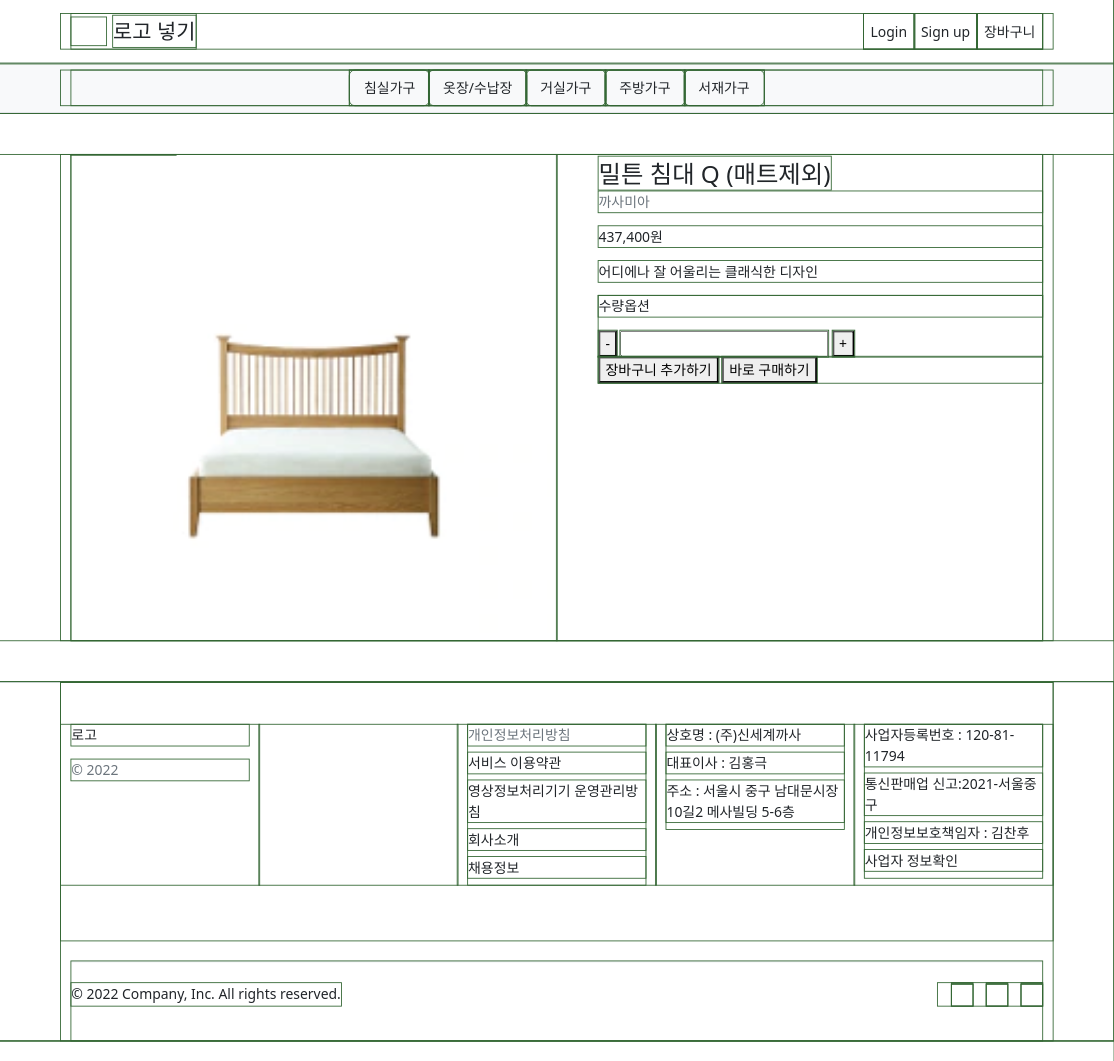
Repository: raoniee/Elice-House-Project
Page: FE/views/pages/main/item-detail-page.html
These files come from the project's save history. The page is drawn as it stood at one moment and after the next save; the edit follows.
The browser window is 1280 px wide. The pictures show the whole page, at 87% of full size.

Above is the page before, as saved 2023-07-06 15:03:22.

### FE/views/pages/main/item-detail-page.html
<!DOCTYPE html>
<html lang="ko">
  <head>
    <meta charset="UTF-8" />
    <meta http-equiv="X-UA-Compatible" content="IE=edge" />
    <meta name="viewport" content="width=device-width, initial-scale=1.0" />
    <title>Elice-House/item-detail</title>
    <link
      href="https://cdn.jsdelivr.net/npm/bootstrap@5.2.3/dist/css/bootstrap.min.css"
      rel="stylesheet"
      integrity="sha384-rbsA2VBKQhggwzxH7pPCaAqO46MgnOM80zW1RWuH61DGLwZJEdK2Kadq2F9CUG65"
      crossorigin="anonymous"
    />
    <!-- header.module.js -->
    <script
      src="../../components/header/header.js"
      type="module"
      defer
    ></script>
    <!-- footer.module.js -->
    <script
      src="../../components/footer/footer.js"
      type="module"
      defer
    ></script>
    <!-- item-detail-page.module.js -->
    <script src="./item-detail-page.js" type="module" defer></script>
    <style>
      * {
        outline: 1px solid #363;
      }
    </style>
  </head>
  <body>
    <header class="header">
      <!-- header template로 삽입 -->
    </header>

    <main>
      <div class="container my-5">
        <div
          class="menu_bar d-flex justify-content-between"
          style="width: 120px"
        >
          <!-- menu_bar template로 삽입 -->
        </div>

        <div class="item_detail_card d-flex justify-content-between">
          <img
            class="w-50"
            src="../../../public/assets/imgs/item-list-card.webp"
            alt="가구"
          />
          <div class="item_detail_content w-50 ps-5">
            <span class="item_detail_name fs-3">밀튼 침대 Q (매트제외)</span>
            <p class="item_detail_brand text-muted">까사미아</p>
            <p class="item_detail_price">437,400원</p>
            <p class="item_detail_desc">어디에나 잘 어울리는 클래식한 디자인</p>
            <div class="item_detail_quantity">
              <p>수량옵션</p>
              <button id="minus">-</button>
              <input type="number" />
              <button id="plus">+</button>
            </div>
            <div class="item_detail_option">
              <button class="basket">장바구니 추가하기</button>
              <button class="purchase">바로 구매하기</button>
            </div>
          </div>
        </div>
      </div>
    </main>

    <footer class="footer">
      <!-- footer template로 삽입 -->
    </footer>

    <script
      src="https://cdn.jsdelivr.net/npm/bootstrap@5.2.3/dist/js/bootstrap.bundle.min.js"
      integrity="sha384-kenU1KFdBIe4zVF0s0G1M5b4hcpxyD9F7jL+jjXkk+Q2h455rYXK/7HAuoJl+0I4"
      crossorigin="anonymous"
    ></script>
  </body>
</html>

### FE/views/components/header/header.js
export const drawHeader = () => {
  let headerTemplate = `
  <div class="py-3 border-bottom">
      <div class="container d-flex flex-wrap justify-content-center">
        <a
          href="/"
          class="d-flex align-items-center mb-3 mb-lg-0 me-lg-auto text-dark text-decoration-none"
        >
          <svg class="bi me-2" width="40" height="32">
            <use xlink:href="#bootstrap" />
          </svg>
          <span class="fs-4">로고 넣기</span>
        </a>
        <ul class="nav">
          <li class="nav-item">
            <a href="" class="nav-link link-dark px-2">Login</a>
          </li>
          <li class="nav-item">
            <a href="" class="nav-link link-dark px-2">Sign up</a>
          </li>
          <li class="nav-item">
            <a href="" class="nav-link link-dark px-2">장바구니</a>
          </li>
        </ul>
      </div>
    </div>
    <nav class="py-2 bg-light border-bottom">
      <div class="container">
        <ul class="nav justify-content-center nav-pills">
          <li class="nav-item">
            <div class="dropdown text-end">
              <a
                href="#"
                class="d-block link-dark text-decoration-none nav-link"
                data-bs-toggle="dropdown"
                aria-expanded="false"
                >침실가구
              </a>
              <ul class="dropdown-menu text-small">
                <li><a class="dropdown-item" href="#">침대</a></li>
                <li><a class="dropdown-item" href="#">매트리스/토퍼</a></li>
                <li><a class="dropdown-item" href="#">화장대/콘솔/거울</a></li>
                <li><a class="dropdown-item" href="#">서랍장/협탁</a></li>
              </ul>
            </div>
          </li>
          <li class="nav-item">
            <div class="dropdown text-end">
              <a
                href="#"
                class="d-block link-dark text-decoration-none nav-link"
                data-bs-toggle="dropdown"
                aria-expanded="false"
                >옷장/수납장
              </a>
              <ul class="dropdown-menu text-small">
                <li><a class="dropdown-item" href="#">옷장/붙박이장</a></li>
                <li><a class="dropdown-item" href="#">드레스룸/행거</a></li>
              </ul>
            </div>
          </li>
          <li class="nav-item">
            <div class="dropdown text-end">
              <a
                href="#"
                class="d-block link-dark text-decoration-none nav-link"
                data-bs-toggle="dropdown"
                aria-expanded="false"
                >거실가구
              </a>
              <ul class="dropdown-menu text-small">
                <li><a class="dropdown-item" href="#">소파</a></li>
                <li><a class="dropdown-item" href="#">거실테이블</a></li>
                <li><a class="dropdown-item" href="#">거실장</a></li>
              </ul>
            </div>
          </li>
          <li class="nav-item">
            <div class="dropdown text-end">
              <a
                href="#"
                class="d-block link-dark text-decoration-none nav-link"
                data-bs-toggle="dropdown"
                aria-expanded="false"
                >주방가구
              </a>
              <ul class="dropdown-menu text-small">
                <li><a class="dropdown-item" href="#">식탁/테이블</a></li>
                <li><a class="dropdown-item" href="#">홈바/아일랜드식탁</a></li>
                <li><a class="dropdown-item" href="#">식탁세트</a></li>
              </ul>
            </div>
          </li>
          <li class="nav-item">
            <div class="dropdown text-end">
              <a
                href="#"
                class="d-block link-dark text-decoration-none nav-link"
                data-bs-toggle="dropdown"
                aria-expanded="false"
                >서재가구
              </a>
              <ul class="dropdown-menu text-small">
                <li><a class="dropdown-item" href="#">책상/책장/ACC</a></li>
                <li><a class="dropdown-item" href="#">서재의자</a></li>
              </ul>
            </div>
          </li>
        </ul>
      </div>
    </nav>
    `;
  // .header 부분에 header.html을 삽입
  const headerTag = document.querySelector(".header");
  headerTag.innerHTML = headerTemplate;
};

### FE/views/components/footer/footer.js
export const drawFooter = () => {
  let footerTemplate = `        <div class="border-top">
        <div class="container">
      <div class="row py-5">
        <div class="col mb-3">
          <a
            href="/"
            class="d-flex align-items-center mb-3 link-dark text-decoration-none"
          >
            로고
          </a>
          <p class="text-muted">&copy; 2022</p>
        </div>

        <div class="col mb-3"></div>

        <div class="col mb-3">
          <ul class="nav flex-column">
            <li class="nav-item mb-2 text-muted">개인정보처리방침</li>
            <li class="nav-item mb-2">서비스 이용약관</li>
            <li class="nav-item mb-2">영상정보처리기기 운영관리방침</li>
            <li class="nav-item mb-2">회사소개</li>
            <li class="nav-item mb-2">채용정보</li>
          </ul>
        </div>

        <div class="col mb-3">
          <ul class="nav flex-column">
            <li class="nav-item mb-2">상호명 : (주)신세계까사</li>
            <li class="nav-item mb-2">대표이사 : 김홍극</li>
            <li class="nav-item mb-2">
              주소 : 서울시 중구 남대문시장10길2 메사빌딩 5-6층
            </li>
          </ul>
        </div>

        <div class="col mb-3">
          <ul class="nav flex-column">
            <li class="nav-item mb-2">사업자등록번호 : 120-81-11794</li>
            <li class="nav-item mb-2">통신판매업 신고:2021-서울중구</li>
            <li class="nav-item mb-2">개인정보보호책임자 : 김찬후</li>
            <li class="nav-item mb-2">사업자 정보확인</li>
          </ul>
        </div>
      </div>
      <div
        class="d-flex flex-column flex-sm-row justify-content-between py-4 my-4 border-top"
      >
        <p>&copy; 2022 Company, Inc. All rights reserved.</p>
        <ul class="list-unstyled d-flex">
          <li class="ms-3">
            <a class="link-dark" href="#"
              ><svg class="bi" width="24" height="24">
                <use xlink:href="#twitter" /></svg
            ></a>
          </li>
          <li class="ms-3">
            <a class="link-dark" href="#"
              ><svg class="bi" width="24" height="24">
                <use xlink:href="#instagram" /></svg
            ></a>
          </li>
          <li class="ms-3">
            <a class="link-dark" href="#"
              ><svg class="bi" width="24" height="24">
                <use xlink:href="#facebook" /></svg
            ></a>
          </li>
        </ul>
      </div>
    </div>

        </div>`;
  // .footer 부분에 footer.html을 삽입
  const footerTag = document.querySelector(".footer");
  footerTag.innerHTML = footerTemplate;
};

### FE/views/pages/main/item-detail-page.js
import { drawHeader } from "../../components/header/header.js";
import { drawFooter } from "../../components/footer/footer.js";

// Header, Footer 템플릿 삽입
drawHeader();
drawFooter();

After the next save:
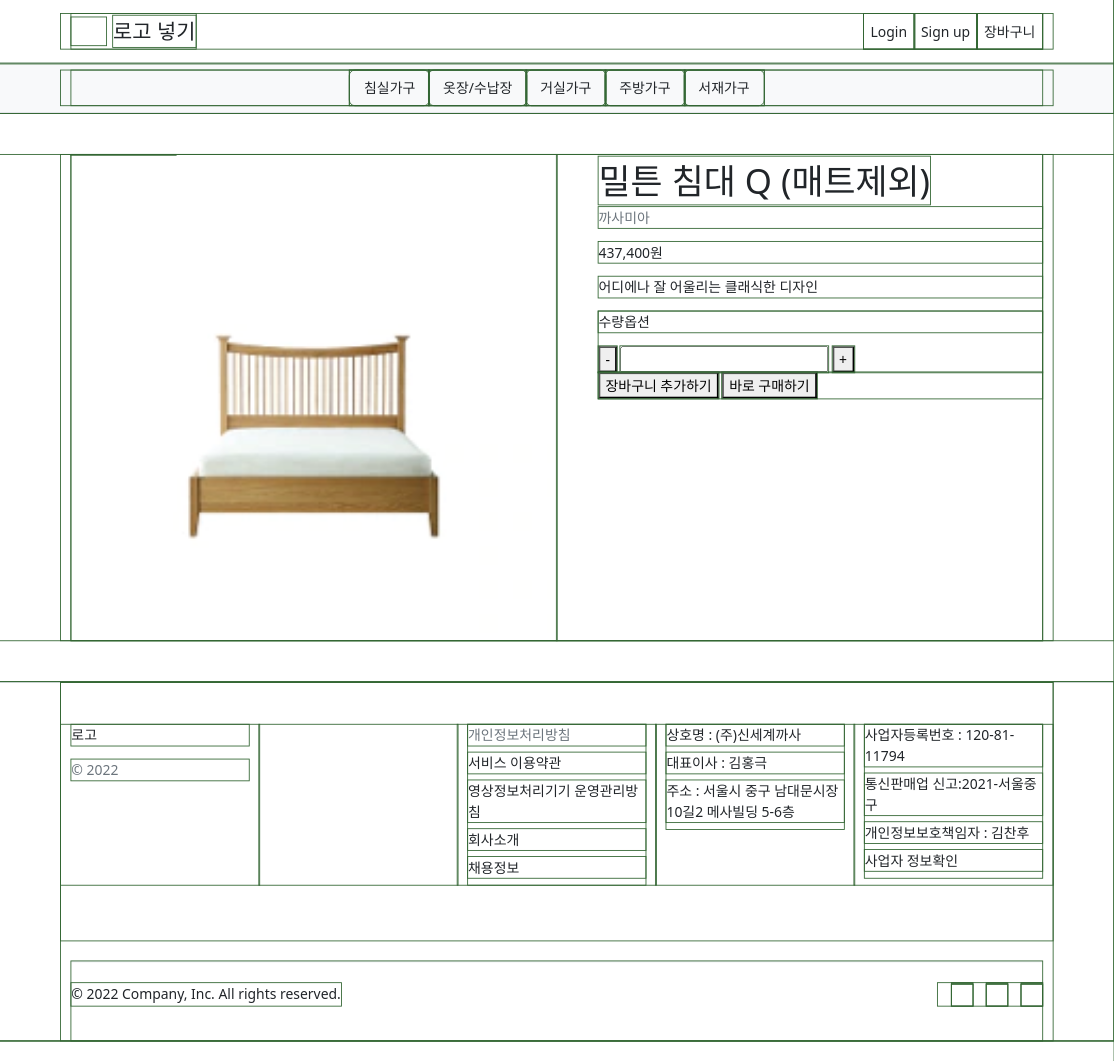
Saved 4 s later.
--- a/FE/views/pages/main/item-detail-page.html
+++ b/FE/views/pages/main/item-detail-page.html
@@ -52,7 +52,7 @@
             alt="가구"
           />
           <div class="item_detail_content w-50 ps-5">
-            <span class="item_detail_name fs-3">밀튼 침대 Q (매트제외)</span>
+            <span class="item_detail_name fs-1">밀튼 침대 Q (매트제외)</span>
             <p class="item_detail_brand text-muted">까사미아</p>
             <p class="item_detail_price">437,400원</p>
             <p class="item_detail_desc">어디에나 잘 어울리는 클래식한 디자인</p>
